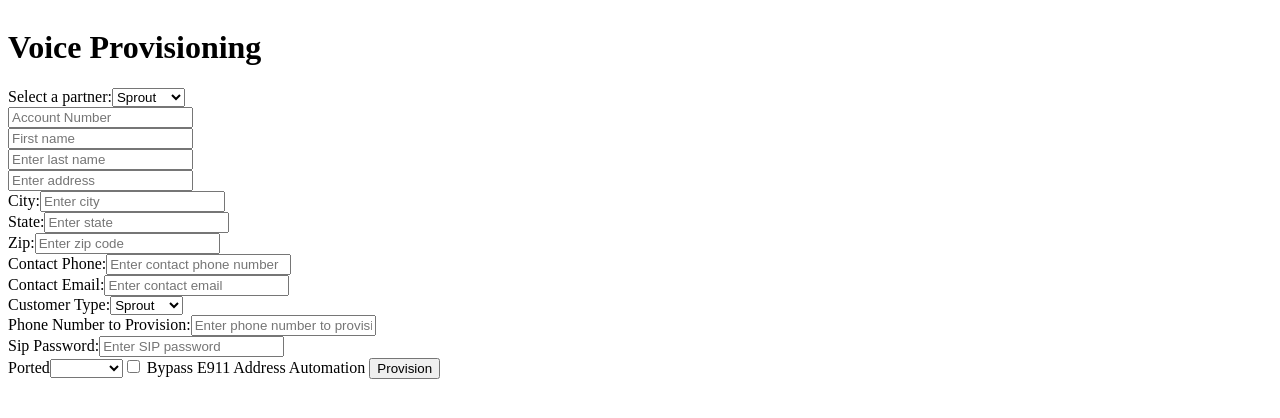
Repository: smallchungus/logiccom
Page: /
These files come from the project's save history. The page is drawn as it stood at one moment and after the next save; the edit follows.
The browser window is 1280 px wide. The pictures show the whole page.
The project was rebuilt for these pictures with package versions that can differ from the ones it lists, and the page was loaded fresh each time. Also part of the build but not shown: vite.config.ts.

Above is the page before, as saved 2023-05-04 11:08:49.

After the next save:
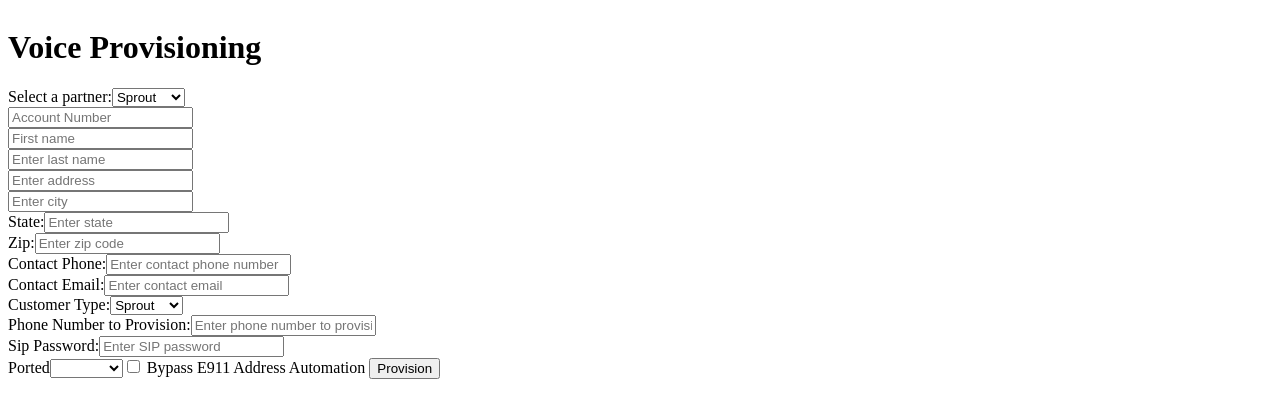
Saved 4 s later.
--- a/src/App.vue
+++ b/src/App.vue
@@ -30,7 +30,6 @@
       </div>
 
       <div class="form-group">
-        <label for="city">City:</label>
         <input type="text" id="city" name="city" placeholder="Enter city">
       </div>
 
